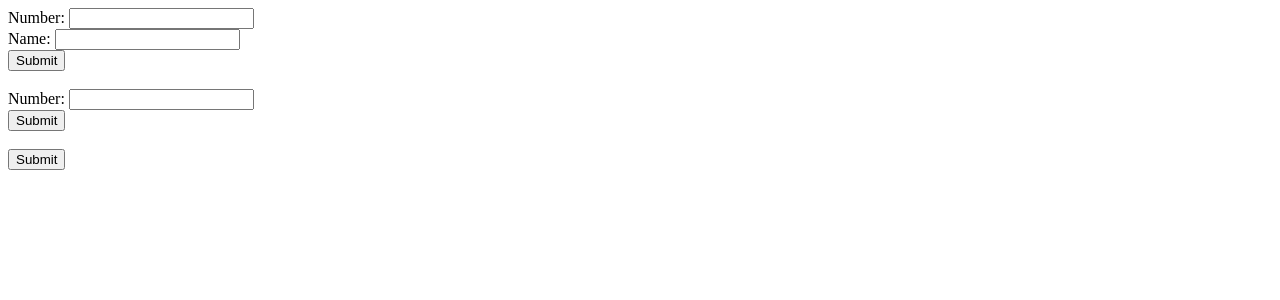
Repository: phileasFoggy22/PokeAPIAssessment
Page: http://localhost/pokeapi-pokemon/pages/Home.jsp
These files come from the project's save history. The page is drawn as it stood at one moment and after the next save; the edit follows.
The browser window is 1280 px wide. The pictures show the whole page.
The page is served by Tomcat 9.

Above is the page before, as saved 2019-08-12 13:10:55.

After the next save:
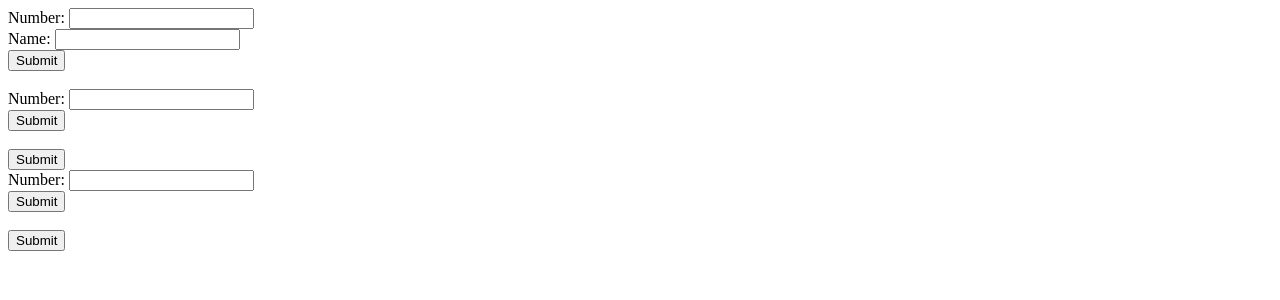
Saved 74 s later.
--- a/pokeapi-pokemon/src/main/webapp/pages/Home.jsp
+++ b/pokeapi-pokemon/src/main/webapp/pages/Home.jsp
@@ -23,6 +23,13 @@
 <form action="getUsers">
 <input type="submit">
 </form>
-
+<form action="getUserJS">
+Number: <input type="text" name="memberNumber"><br>
+<input type="submit">
+</form>
+<br>
+<form action="getUsersJS">
+<input type="submit">
+</form>
 </body>
 </html>
